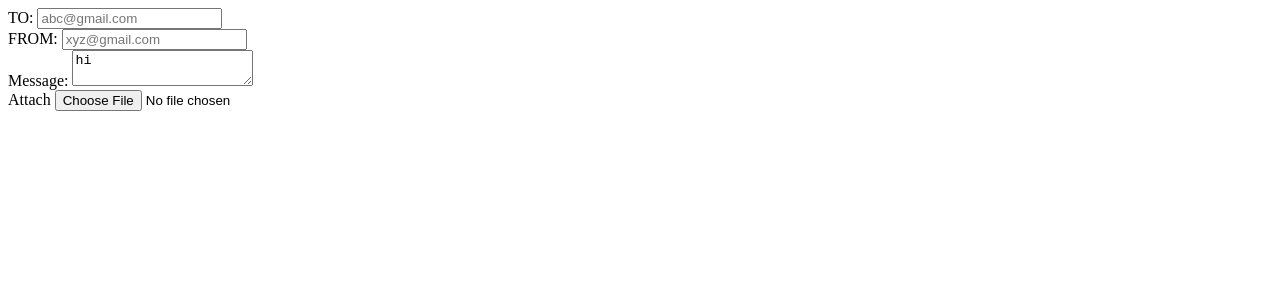
Repository: SarfarazG/java
Page: http://localhost/mailing_system/Compose.jsp
These files come from the project's save history. The page is drawn as it stood at one moment and after the next save; the edit follows.
The browser window is 1280 px wide. The pictures show the whole page.
The page is served by Tomcat 9. Other server files are loaded and not shown.

Above is the page before, as saved 2016-09-03 10:16:23.

### mailing_system/WebContent/Compose.jsp
<%@ page language="java" contentType="text/html; charset=ISO-8859-1"
    pageEncoding="ISO-8859-1"%>
<!DOCTYPE html PUBLIC "-//W3C//DTD HTML 4.01 Transitional//EN" "http://www.w3.org/TR/html4/loose.dtd">
<html>
<head>
<meta http-equiv="Content-Type" content="text/html; charset=ISO-8859-1">
<title>Insert title here</title>
</head>
<body>
<form>
<tr><td>TO: </td><td><input type="text" name="sendto" placeholder="abc@gmail.com"></td></tr><br>
<tr><td>FROM: </td><td><input type="text" name="from" placeholder="xyz@gmail.com"></td></tr><br>
<tr><td>Message: </td><td><textarea>hi</textarea></td></tr><br>
<tr><td>Attach </td><td><input type="file" name="file"></td></tr><br>

</form>
</body>
</html>

After the next save:
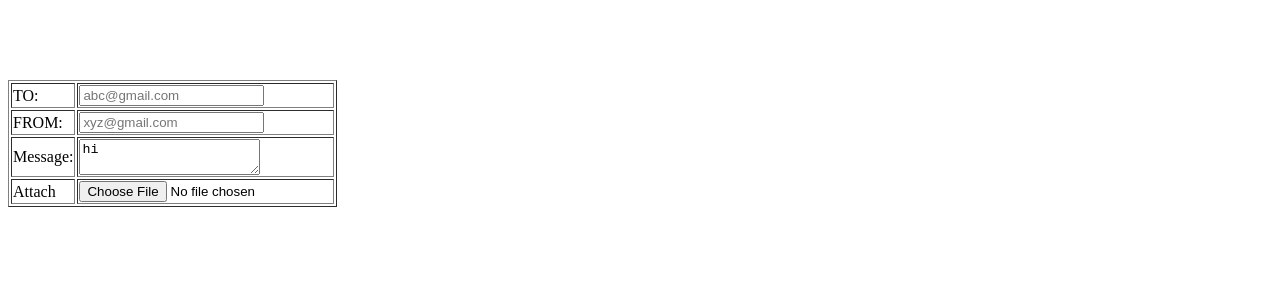
Saved 59 s later.
--- a/mailing_system/WebContent/Compose.jsp
+++ b/mailing_system/WebContent/Compose.jsp
@@ -8,11 +8,12 @@
 </head>
 <body>
 <form>
+<table border="1">
 <tr><td>TO: </td><td><input type="text" name="sendto" placeholder="abc@gmail.com"></td></tr><br>
 <tr><td>FROM: </td><td><input type="text" name="from" placeholder="xyz@gmail.com"></td></tr><br>
 <tr><td>Message: </td><td><textarea>hi</textarea></td></tr><br>
 <tr><td>Attach </td><td><input type="file" name="file"></td></tr><br>
-
+</table>
 </form>
 </body>
 </html>
